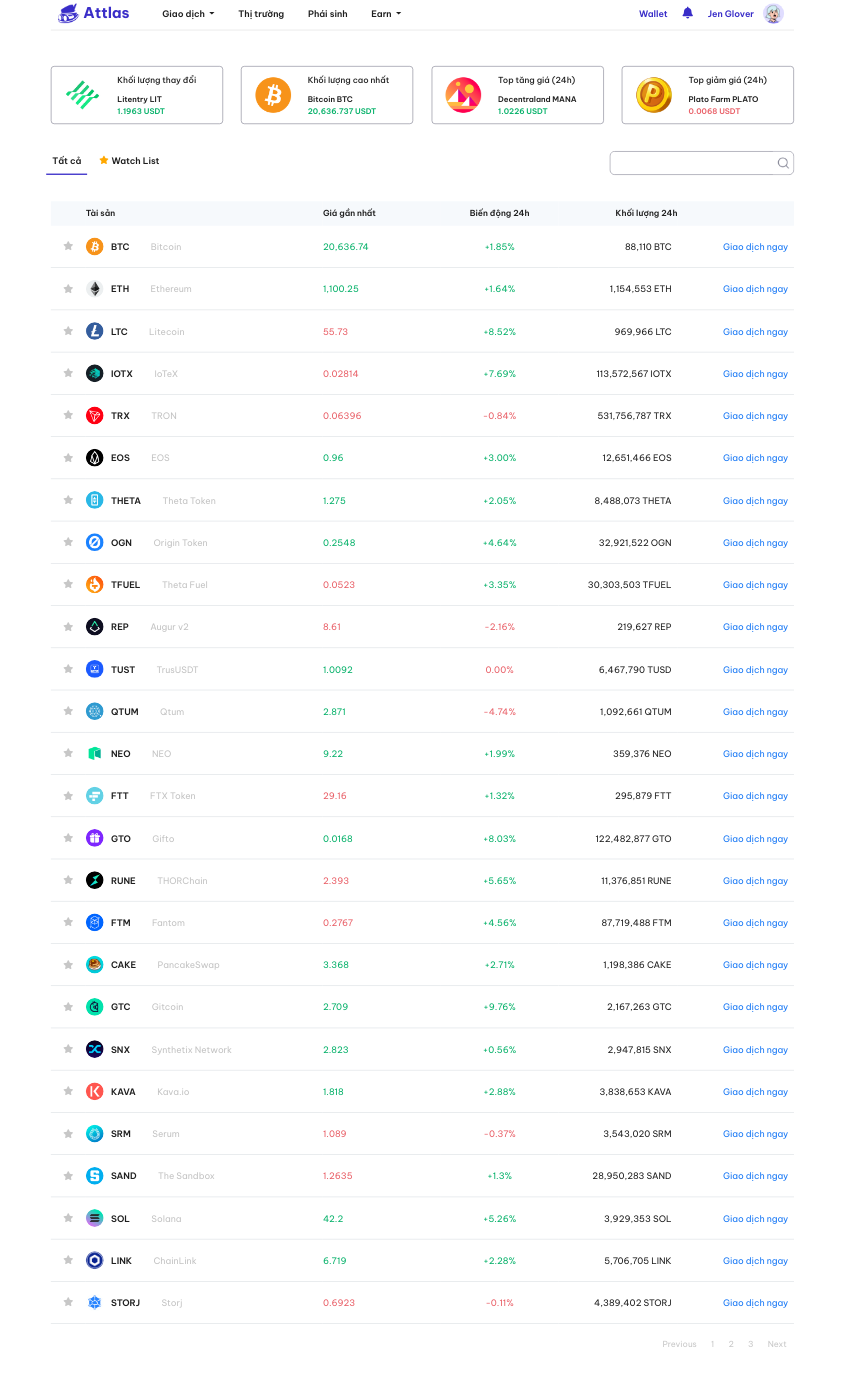
Repository: 1509Long/1509long.github.io
Page: techmaster-test/homepage.html
An editor plug-in stored every save of this project. The page is shown before and after the next save, followed by the edit.
The browser window is 1280 px wide. The pictures show the whole page, at 66% of full size.

Above is the page before, as saved 2022-07-19 19:08:30.

### techmaster-test/homepage.html
<!DOCTYPE html>
<html lang="en">
  <head>
    <title>Title</title>
    <!-- Required meta tags -->
    <meta charset="utf-8" />
    <meta
      name="viewport"
      content="width=device-width, initial-scale=1, shrink-to-fit=no"
    />

    <!-- Bootstrap CSS v5.2.0-beta1 -->
    <link
      rel="stylesheet"
      href="https://cdn.jsdelivr.net/npm/bootstrap@5.2.0-beta1/dist/css/bootstrap.min.css"
      integrity="sha384-0evHe/X+R7YkIZDRvuzKMRqM+OrBnVFBL6DOitfPri4tjfHxaWutUpFmBp4vmVor"
      crossorigin="anonymous"
    />
    <link
      rel="stylesheet"
      href="https://cdnjs.cloudflare.com/ajax/libs/font-awesome/5.15.3/css/all.min.css"
      integrity="sha512-iBBXm8fW90+nuLcSKlbmrPcLa0OT92xO1BIsZ+ywDWZCvqsWgccV3gFoRBv0z+8dLJgyAHIhR35VZc2oM/gI1w=="
      crossorigin="anonymous"
      referrerpolicy="no-referrer"
    />
    <script src="https://ajax.googleapis.com/ajax/libs/jquery/3.6.0/jquery.min.js"></script>

    <link rel="stylesheet" href="./homepage.css" />
    <link rel="stylesheet" href="./navbar-search.css" />
  </head>
  <body>
    <div class="container-lg">
      <nav class="navbar navbar-expand-md top-md-navbar">
        <div class="container-fluid">
          <a class="navbar-brand" href="./homepage.html">
            <div class="d-flex align-items-center attlas-logo-navbar">
              <img src="./img/header-logo.png" class="img-fluid" alt="" />
              <p>Attlas</p>
            </div>
          </a>
          <button
            class="navbar-toggler"
            type="button"
            data-bs-toggle="collapse"
            data-bs-target="#navbarNavAltMarkup"
            aria-controls="navbarNavAltMarkup"
            aria-expanded="false"
            aria-label="Toggle navigation"
          >
            <i class="fas fa-bars"></i>
          </button>

          <div class="collapse navbar-collapse" id="navbarNavAltMarkup">
            <div
              class="d-flex justify-content-between align-items-center nav-text"
            >
              <ul class="navbar-nav navbar-part1">
                <li class="nav-item dropdown">
                  <a
                    class="nav-link dropdown-toggle"
                    href="#"
                    id="navbarDropdown"
                    role="button"
                    data-bs-toggle="dropdown"
                    aria-expanded="false"
                  >
                    Giao dịch
                  </a>
                  <ul class="dropdown-menu" aria-labelledby="navbarDropdown">
                    <li><a class="dropdown-item" href="#">Spot</a></li>
                    <li>
                      <a class="dropdown-item" href="#">Ký quỹ</a>
                    </li>
                    <li>
                      <a class="dropdown-item" href="#">P2P trading</a>
                    </li>
                  </ul>
                </li>
                <li class="nav-item">
                  <a class="nav-link" href="#">Thị trường</a>
                </li>
                <li class="nav-item">
                  <a class="nav-link" href="#">Phái sinh</a>
                </li>
                <li class="nav-item dropdown">
                  <a
                    class="nav-link dropdown-toggle"
                    href="#"
                    id="navbarDropdown"
                    role="button"
                    data-bs-toggle="dropdown"
                    aria-expanded="false"
                  >
                    Earn
                  </a>
                  <ul class="dropdown-menu" aria-labelledby="navbarDropdown">
                    <li><a class="dropdown-item" href="#">Launchpad</a></li>
                    <li>
                      <a class="dropdown-item" href="#">Staking</a>
                    </li>
                    <li>
                      <a class="dropdown-item" href="#">Farming</a>
                    </li>
                  </ul>
                </li>
              </ul>

              <ul class="navbar-nav navbar-part2">
                <li class="nav-item d-flex align-items-center">
                  <a class="nav-link account-wallet" href="./wallet.html"
                    >Wallet</a
                  >
                </li>
                <li class="nav-item d-flex align-items-center">
                  <a class="nav-link" href="#"><i class="fas fa-bell"></i></a>
                </li>
                <li class="nav-item">
                  <a class="nav-link" href="#">
                    <div class="d-flex align-items-center user-account">
                      <p>Jen Glover</p>
                      <img
                        src="./img/Rectangle 356.png"
                        class="img-fluid"
                        alt=""
                      />
                    </div>
                  </a>
                </li>
              </ul>
            </div>
          </div>
        </div>
      </nav>

      <div class="top-of-the-day d-flex justify-content-between">
        <div class="d-flex align-items-center">
          <div class="token-top">
            <img src="./img/589_Yrl.png" class="img-fluid" alt="" />
          </div>
          <div class="infomation-token-of-the-day">
            <p>Khối lượng thay đổi</p>
            <p>Litentry LIT</p>
            <p class="increase">1.1963 USDT</p>
          </div>
        </div>
        <div class="d-flex align-items-center">
          <div class="token-top">
            <img src="./img/1.png" class="img-fluid" alt="" />
          </div>
          <div class="infomation-token-of-the-day">
            <p>Khối lượng cao nhất</p>
            <p>Bitcoin BTC</p>
            <p class="increase">20,636.737 USDT</p>
          </div>
        </div>
        <div class="d-flex align-items-center">
          <div class="token-top">
            <img src="./img/icon_MANA.png" class="img-fluid" alt="" />
          </div>
          <div class="infomation-token-of-the-day">
            <p>Top tăng giá (24h)</p>
            <p>Decentraland MANA</p>
            <p class="increase">1.0226 USDT</p>
          </div>
        </div>
        <div class="d-flex align-items-center">
          <div class="token-top">
            <img src="./img/icon_PLATO.png" class="img-fluid" alt="" />
          </div>
          <div class="infomation-token-of-the-day">
            <p>Top giảm giá (24h)</p>
            <p>Plato Farm PLATO</p>
            <p class="decrease">0.0068 USDT</p>
          </div>
        </div>
      </div>

      <div
        id="carousel-slider-responsive"
        class="carousel slide"
        data-bs-ride="carousel"
      >
        <div class="carousel-inner">
          <div class="carousel-item active">
            <div class="row d-flex justify-content-evenly">
              <div class="col-6 col-sm-5 col-md-4">
                <div class="carousel-top-token">
                  <div class="token-top">
                    <img src="./img/589_Yrl.png" class="img-fluid" alt="" />
                  </div>
                  <div class="infomation-token-of-the-day">
                    <p>Khối lượng thay đổi</p>
                    <p>Litentry LIT</p>
                    <p class="increase">1.1963 USDT</p>
                  </div>
                </div>
              </div>
              <div class="col-6 col-sm-5 col-md-4">
                <div class="carousel-top-token">
                  <div class="token-top">
                    <img src="./img/1.png" class="img-fluid" alt="" />
                  </div>
                  <div class="infomation-token-of-the-day">
                    <p>Khối lượng cao nhất</p>
                    <p>Bitcoin BTC</p>
                    <p class="increase">20,636.737 USDT</p>
                  </div>
                </div>
              </div>
            </div>
          </div>

          <div class="carousel-item">
            <div class="row d-flex justify-content-evenly">
              <div class="col-6 col-sm-5 col-md-4">
                <div class="carousel-top-token">
                  <div class="token-top">
                    <img src="./img/icon_MANA.png" class="img-fluid" alt="" />
                  </div>
                  <div class="infomation-token-of-the-day">
                    <p>Top tăng giá (24h)</p>
                    <p>Decentraland MANA</p>
                    <p class="increase">1.0226 USDT</p>
                  </div>
                </div>
              </div>
              <div class="col-6 col-sm-5 col-md-4">
                <div class="carousel-top-token">
                  <div class="token-top">
                    <img src="./img/icon_PLATO.png" class="img-fluid" alt="" />
                  </div>
                  <div class="infomation-token-of-the-day">
                    <p>Top giảm giá (24h)</p>
                    <p>Plato Farm PLATO</p>
                    <p class="decrease">0.0068 USDT</p>
                  </div>
                </div>
              </div>
            </div>
          </div>
        </div>
      </div>

      <div>
        <div class="row d-flex justify-content-between align-items-center">
          <ul class="nav nav-pills col-5" id="pills-tab" role="tablist">
            <li class="nav-item" role="presentation">
              <button
                class="nav-link active"
                id="pills-home-tab"
                data-bs-toggle="pill"
                data-bs-target="#pills-home"
                type="button"
                role="tab"
                aria-controls="pills-home"
                aria-selected="true"
              >
                Tất cả
              </button>
            </li>
            <li class="nav-item" role="presentation">
              <button
                class="nav-link d-flex align-items-center"
                id="pills-profile-tab"
                data-bs-toggle="pill"
                data-bs-target="#pills-profile"
                type="button"
                role="tab"
                aria-controls="pills-profile"
                aria-selected="false"
              >
                <i class="fas fa-star star-navbar"></i> Watch List
              </button>
            </li>
          </ul>

          <div class="col-5 d-flex justify-content-end search-bar-title">
            <div class="input-group has-validation search-bar">
              <input
                type="text"
                class="form-control search"
                id="validationCustomUsername"
                aria-describedby="inputGroupPrepend"
              />
              <span class="input-group-text search-icon" id="inputGroupPrepend"
                ><img src="./img/Group.png"
              /></span>
            </div>
          </div>
        </div>

        <div class="tab-content" id="pills-tabContent">
          <div
            class="tab-pane fade show active"
            id="pills-home"
            role="tabpanel"
            aria-labelledby="pills-home-tab"
            tabindex="0"
          >
            <div class="table-6-cells">
              <table id="table" class="table align-middle">
                <thead>
                  <tr>
                    <th scope="col" class="line1"></th>
                    <th scope="col">Tài sản</th>
                    <th scope="col">Giá gần nhất</th>
                    <th scope="col" class="line4">Biến động 24h</th>
                    <th scope="col" class="line5">Khối lượng 24h</th>
                    <th scope="col" class="line6"></th>
                  </tr>
                </thead>
                <tbody id="table-body"></tbody>
              </table>
              <div>
                <nav aria-label="navigation">
                  <ul class="pagination d-flex justify-content-end">
                    <li class="page-item">
                      <a class="page-link" href="#">Previous</a>
                    </li>
                    <li class="page-item">
                      <a class="page-link" href="#">1</a>
                    </li>
                    <li class="page-item">
                      <a class="page-link" href="#">2</a>
                    </li>
                    <li class="page-item">
                      <a class="page-link" href="#">3</a>
                    </li>
                    <li class="page-item">
                      <a class="page-link" href="#">Next</a>
                    </li>
                  </ul>
                </nav>
              </div>
            </div>

            <div class="table-5-cells">
              <table id="table" class="table align-middle">
                <thead>
                  <tr>
                    <th scope="col" class="line1-table2"></th>
                    <th scope="col" class="line3-table2">Tài sản</th>
                    <th scope="col" class="line2-table2">Giá gần nhất</th>
                    <th scope="col" class="line4-table2">Biến động 24h</th>
                    <th scope="col" class="line5-table2"></th>
                  </tr>
                </thead>
                <tbody id="table-body-respon"></tbody>
              </table>
              <div>
                <nav aria-label="navigation">
                  <ul class="pagination d-flex justify-content-end">
                    <li class="page-item">
                      <a class="page-link" href="#">Previous</a>
                    </li>
                    <li class="page-item">
                      <a class="page-link" href="#">1</a>
                    </li>
                    <li class="page-item">
                      <a class="page-link" href="#">2</a>
                    </li>
                    <li class="page-item">
                      <a class="page-link" href="#">3</a>
                    </li>
                    <li class="page-item">
                      <a class="page-link" href="#">Next</a>
                    </li>
                  </ul>
                </nav>
              </div>
            </div>
          </div>
          <div
            class="tab-pane fade"
            id="pills-profile"
            role="tabpanel"
            aria-labelledby="pills-profile-tab"
            tabindex="0"
          ></div>
        </div>
      </div>
    </div>
    <!-- Bootstrap JavaScript Libraries -->
    <script
      src="https://cdn.jsdelivr.net/npm/@popperjs/core@2.11.5/dist/umd/popper.min.js"
      integrity="sha384-Xe+8cL9oJa6tN/veChSP7q+mnSPaj5Bcu9mPX5F5xIGE0DVittaqT5lorf0EI7Vk"
      crossorigin="anonymous"
    ></script>

    <script
      src="https://cdn.jsdelivr.net/npm/bootstrap@5.2.0-beta1/dist/js/bootstrap.min.js"
      integrity="sha384-kjU+l4N0Yf4ZOJErLsIcvOU2qSb74wXpOhqTvwVx3OElZRweTnQ6d31fXEoRD1Jy"
      crossorigin="anonymous"
    ></script>

    <script src="./file-data.js"></script>

    <script>
      var table = document.getElementById("table-body");
      var responTable = document.getElementById("table-body-respon");

      function inToTable(data) {
        for (var i = 0; i < data.length; i++) {
          var infomation = data[i];

          var row = document.createElement("tr");
          var row2 = document.createElement("tr");

          var key = ["box1", "asset", "price", "change", "volumn", "link"];
          var key2 = ["box1", "asset", "price", "change", "link"];

          for (var j = 0; j < key.length; j++) {
            var cell = document.createElement("td");
            cell.innerHTML = infomation[key[j]];

            row.appendChild(cell);
          }

          table.appendChild(row);

          for (var e = 0; e < key2.length; e++) {
            var cell2 = document.createElement("td");
            cell2.innerHTML = infomation[key2[e]];

            row2.appendChild(cell2);
          }
          responTable.appendChild(row2);
        }
      }

      inToTable(informationTokenHomePage);

      var tableInfoChange = document.querySelectorAll(
        "#table-body tr td:nth-child(4)"
      );
      var tableInfoPrice = document.querySelectorAll(
        "#table-body tr td:nth-child(3)"
      );

      var table2InfoChange = document.querySelectorAll(
        "#table-body-respon tr td:nth-child(4)"
      );
      var table2InfoPrice = document.querySelectorAll(
        "#table-body-respon tr td:nth-child(3)"
      );

      function putColor(data) {
        for (i = 0; i < data.length; i++) {
          tableInfoPrice[i].innerHTML = parseFloat(
            tableInfoPrice[i].textContent
          ).toLocaleString("en-US", { maximumFractionDigits: "5" });

          table2InfoPrice[i].innerHTML = parseFloat(
            table2InfoPrice[i].textContent
          ).toLocaleString("en-US", { maximumFractionDigits: "5" });

          if (parseFloat(data[i].change) > 0) {
            tableInfoChange[i].setAttribute("class", "increase");
            tableInfoPrice[i].setAttribute("class", "increase");

            table2InfoChange[i].setAttribute("class", "increase");
            table2InfoPrice[i].setAttribute("class", "increase");
          } else {
            tableInfoChange[i].setAttribute("class", "decrease");
            tableInfoPrice[i].setAttribute("class", "decrease");

            table2InfoChange[i].setAttribute("class", "decrease");
            table2InfoPrice[i].setAttribute("class", "decrease");
          }
        }
      }

      putColor(informationTokenHomePage);

      function fillColorForPrice() {
        tableInfoPrice[2].setAttribute("class", "decrease");
        tableInfoPrice[3].setAttribute("class", "decrease");
        tableInfoPrice[8].setAttribute("class", "decrease");
        tableInfoPrice[10].setAttribute("class", "increase");
        tableInfoPrice[11].setAttribute("class", "increase");
        tableInfoPrice[13].setAttribute("class", "decrease");
        tableInfoPrice[15].setAttribute("class", "decrease");
        tableInfoPrice[16].setAttribute("class", "decrease");
        tableInfoPrice[20].setAttribute("class", "increase");
        tableInfoPrice[22].setAttribute("class", "decrease");
        tableInfoPrice[25].setAttribute("class", "decrease");
      }

      fillColorForPrice();
    </script>

    <script>
      function yellowStar(x) {
        console.log(x.classList);
        x.classList.toggle("yellow");
      }
    </script>
  </body>
</html>

Loaded but not shown: techmaster-test/file-data.js (396 lines, source omitted); techmaster-test/homepage.css (324 lines, source omitted); techmaster-test/navbar-search.css (167 lines, source omitted)

After the next save:
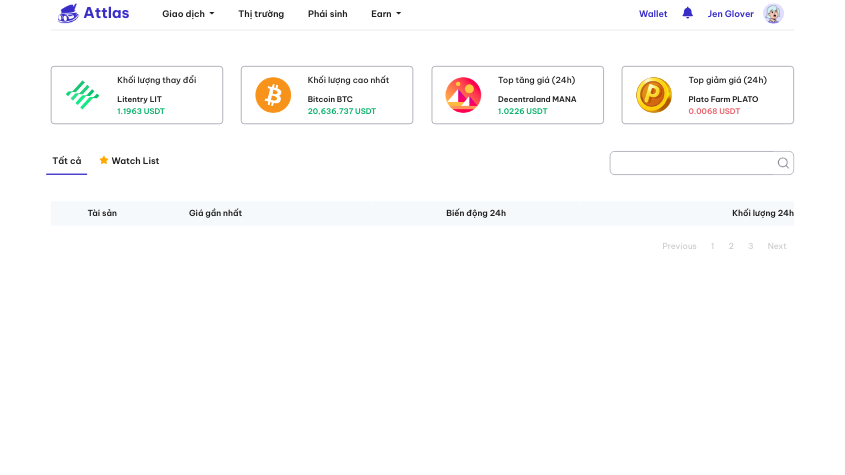
Console error: SyntaxError: Unexpected token ')'
Saved 4 min 36 s later.
--- a/techmaster-test/homepage.html
+++ b/techmaster-test/homepage.html
@@ -473,17 +473,32 @@
       putColor(informationTokenHomePage);
 
       function fillColorForPrice() {
-        tableInfoPrice[2].setAttribute("class", "decrease");
-        tableInfoPrice[3].setAttribute("class", "decrease");
-        tableInfoPrice[8].setAttribute("class", "decrease");
-        tableInfoPrice[10].setAttribute("class", "increase");
-        tableInfoPrice[11].setAttribute("class", "increase");
-        tableInfoPrice[13].setAttribute("class", "decrease");
-        tableInfoPrice[15].setAttribute("class", "decrease");
-        tableInfoPrice[16].setAttribute("class", "decrease");
-        tableInfoPrice[20].setAttribute("class", "increase");
-        tableInfoPrice[22].setAttribute("class", "decrease");
-        tableInfoPrice[25].setAttribute("class", "decrease");
+        let increaseNumber = [10 , 11 , 20]
+        let decreaseNumber = [2 , 3 , 8 , 13 , 15 , 16 , 22 , 25]
+
+        for ( i = 0 , i < increaseNumber.length , i++) {
+          tableInfoPrice[i].setAttribute("class", "increase");
+          table2InfoPrice[i].setAttribute("class", "increase");
+        }
+
+        for ( j = 0 , j < increaseNumber.length , j++) {
+          tableInfoPrice[j].setAttribute("class", "decrease");
+          table2InfoPrice[j].setAttribute("class", "decrease");
+        }
+
+
+
+        // tableInfoPrice[2].setAttribute("class", "decrease");
+        // tableInfoPrice[3].setAttribute("class", "decrease");
+        // tableInfoPrice[8].setAttribute("class", "decrease");
+        // tableInfoPrice[10].setAttribute("class", "increase");
+        // tableInfoPrice[11].setAttribute("class", "increase");
+        // tableInfoPrice[13].setAttribute("class", "decrease");
+        // tableInfoPrice[15].setAttribute("class", "decrease");
+        // tableInfoPrice[16].setAttribute("class", "decrease");
+        // tableInfoPrice[20].setAttribute("class", "increase");
+        // tableInfoPrice[22].setAttribute("class", "decrease");
+        // tableInfoPrice[25].setAttribute("class", "decrease");
       }
 
       fillColorForPrice();

After the save that followed:
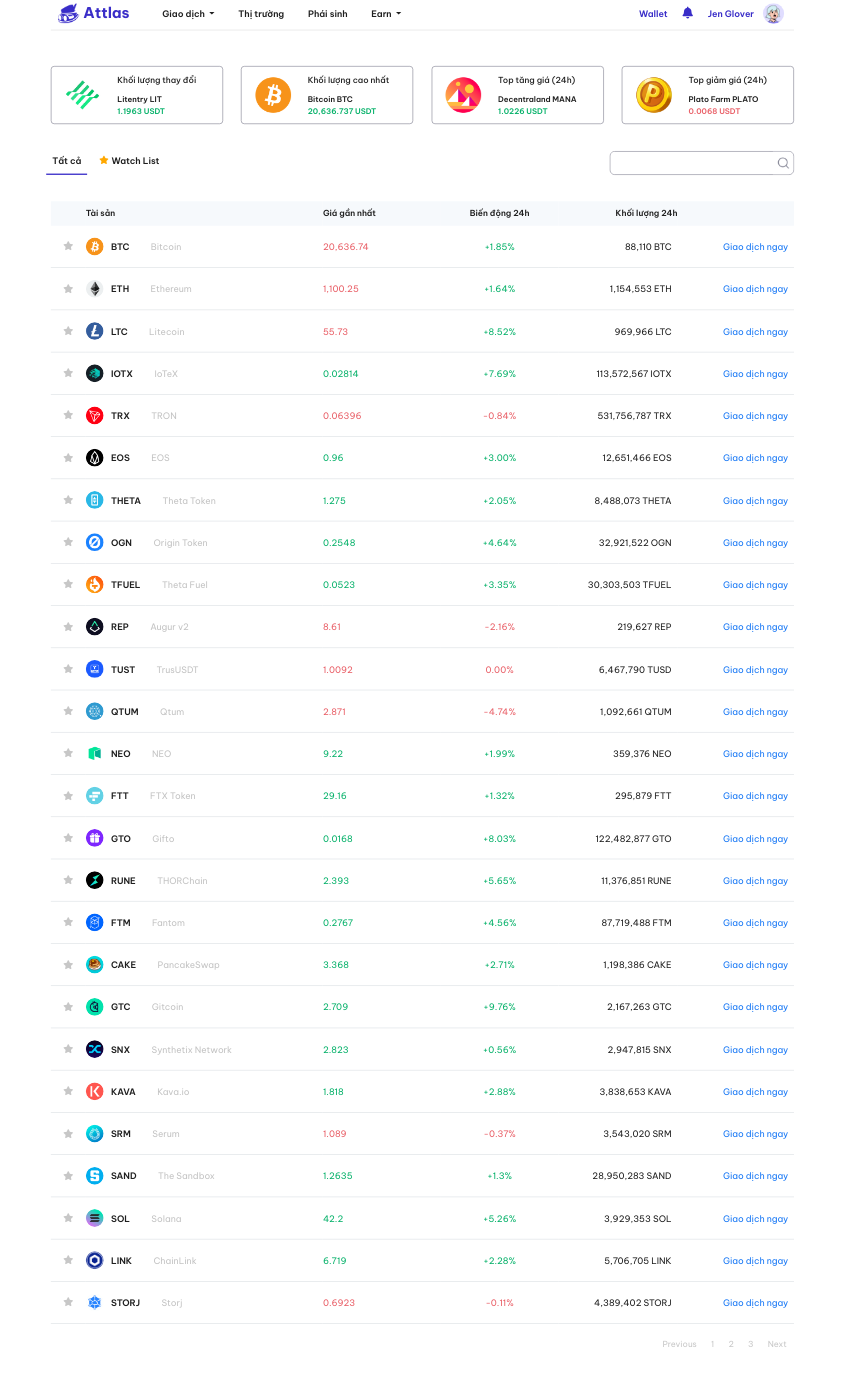
The error is gone.
Saved 51 s later.
--- a/techmaster-test/homepage.html
+++ b/techmaster-test/homepage.html
@@ -473,15 +473,15 @@
       putColor(informationTokenHomePage);
 
       function fillColorForPrice() {
-        let increaseNumber = [10 , 11 , 20]
-        let decreaseNumber = [2 , 3 , 8 , 13 , 15 , 16 , 22 , 25]
-
-        for ( i = 0 , i < increaseNumber.length , i++) {
+        let increaseNumber = [10 , 11 , 20];
+        let decreaseNumber = [2 , 3 , 8 , 13 , 15 , 16 , 22 , 25];
+
+        for ( i = 0 ; i < increaseNumber.length ; i++) {
           tableInfoPrice[i].setAttribute("class", "increase");
           table2InfoPrice[i].setAttribute("class", "increase");
         }
 
-        for ( j = 0 , j < increaseNumber.length , j++) {
+        for ( j = 0 ; j < increaseNumber.length ; j++) {
           tableInfoPrice[j].setAttribute("class", "decrease");
           table2InfoPrice[j].setAttribute("class", "decrease");
         }
